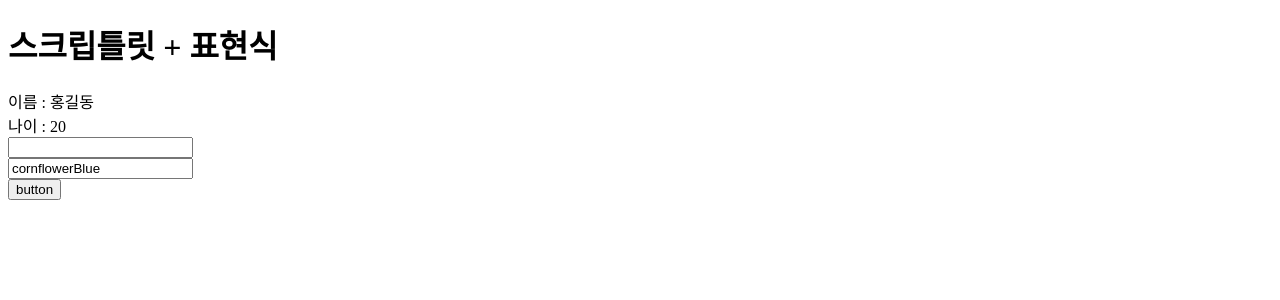
Repository: hb6700/server
Page: http://localhost/JSPTest/ex05.jsp
These files come from the project's save history. The page is drawn as it stood at one moment and after the next save; the edit follows.
The browser window is 1280 px wide. The pictures show the whole page.
The page is served by Tomcat 9.

Above is the page before, as saved 2023-10-17 06:07:37.

After the next save:
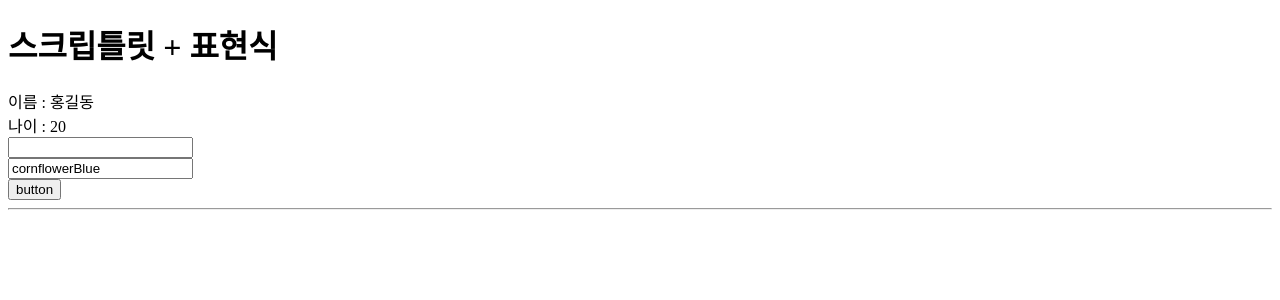
Saved 11 min 13 s later.
--- a/JSPTest/src/main/webapp/ex05.jsp
+++ b/JSPTest/src/main/webapp/ex05.jsp
@@ -25,6 +25,8 @@
 	<div><%= txt %></div>
 	<div><input type="text" value="<%= color %>"></div>
 	<input type="button" value="button" id="btn1">
+	<hr>
+	<%-- <div><%= sum(30, 40) %></div> --%>
 	<script>
 		document.getElementById('btn1').onclick = function() {
 			alert('<%= color %>');
